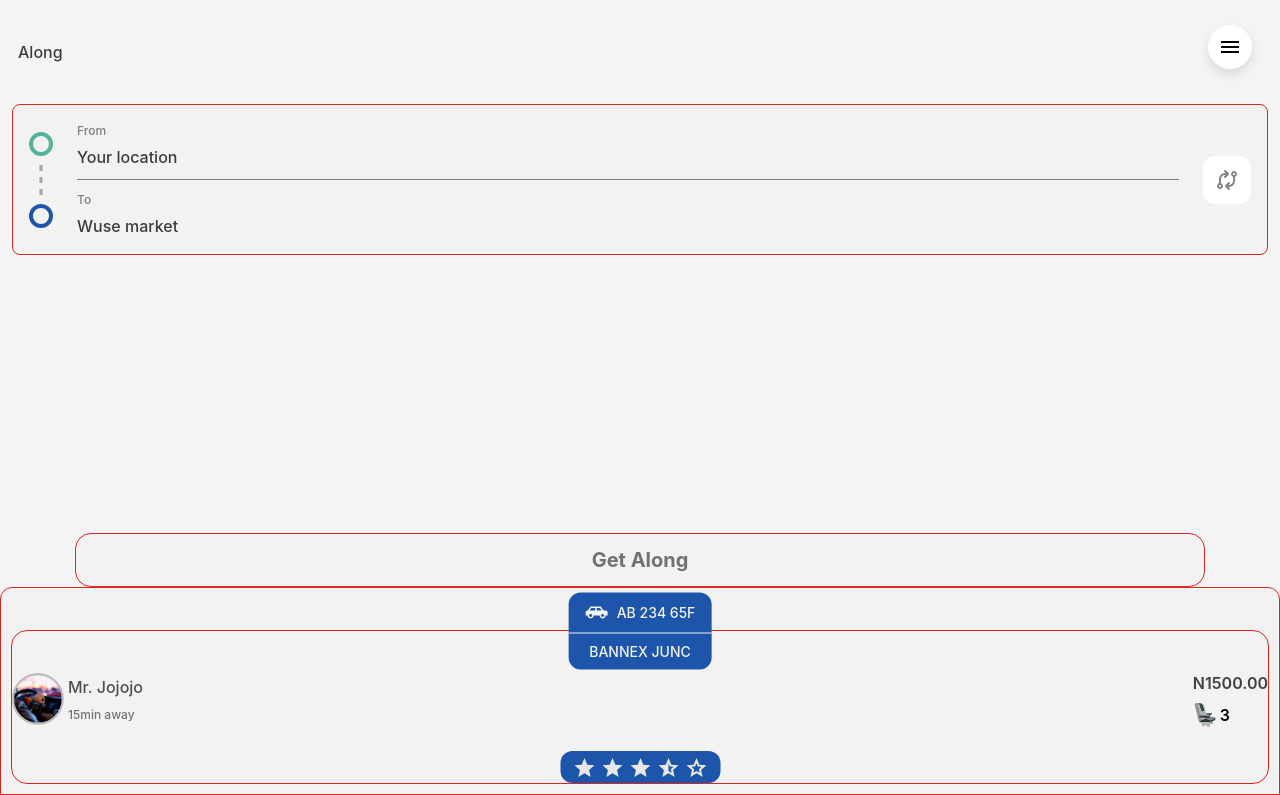
Repository: TeamAlong/Along-App
Page: /, after clicking the first element matching `button.w-\[90\%\]`
An editor plug-in stored every save of this project. The page is shown before and after a run of saves, followed by the edit.
The browser window is 1280 px wide. The pictures show the whole page.
The project was rebuilt for these pictures with package versions that can differ from the ones it lists, and the page was loaded fresh each time. The framework's server and built-in components were replaced by stand-ins that run in the browser. Also part of the build but not shown: next.config.mjs.

Above is the page before, as saved 2024-02-26 22:19:21.

After the next 4 saves:
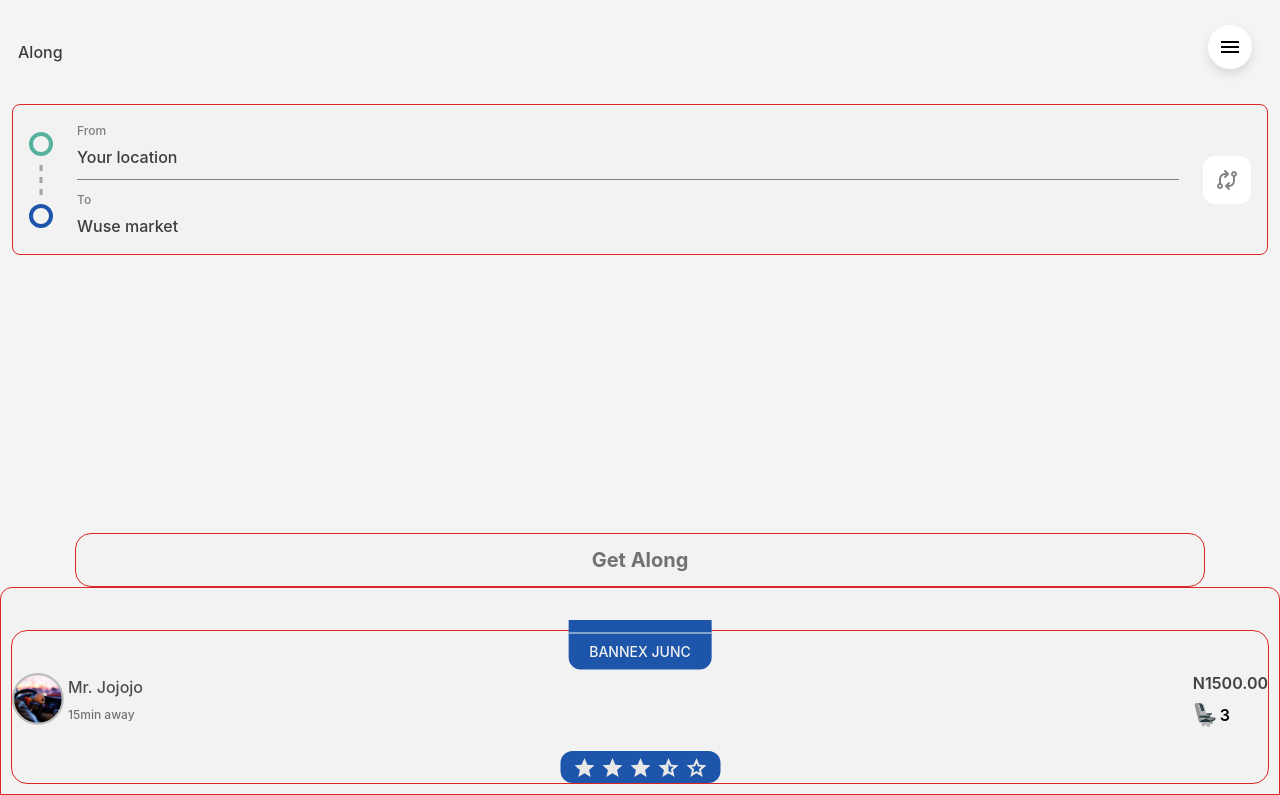
The 4 saves are shown as one change because they came seconds apart.
The last was saved 13 s later.
--- a/src/components/user/drivers-preview.js
+++ b/src/components/user/drivers-preview.js
@@ -6,7 +6,7 @@ import Car from "../../../public/assets/car.svg";
 
 export default function DriversPreview() {
   return (
-    <main className="w-full flex flex-col gap-11 p-2.5 over">
+    <main className="w-full flex flex-col gap-11 p-2.5 overflow-y-scroll">
       <section className=" relative flex flex-col gap-6 pt-10 rounded-2xl bg-[#F2F2F2] border border-red-600">
         <div className="absolute top-0 left-1/2 -translate-x-1/2 -translate-y-1/2 flex flex-col items-center bg-[#1C55A9] rounded-xl z-[10000]">
           <div className="flex items-center gap-2 px-4 py-2 border-b border-[#F2F2F2]">
